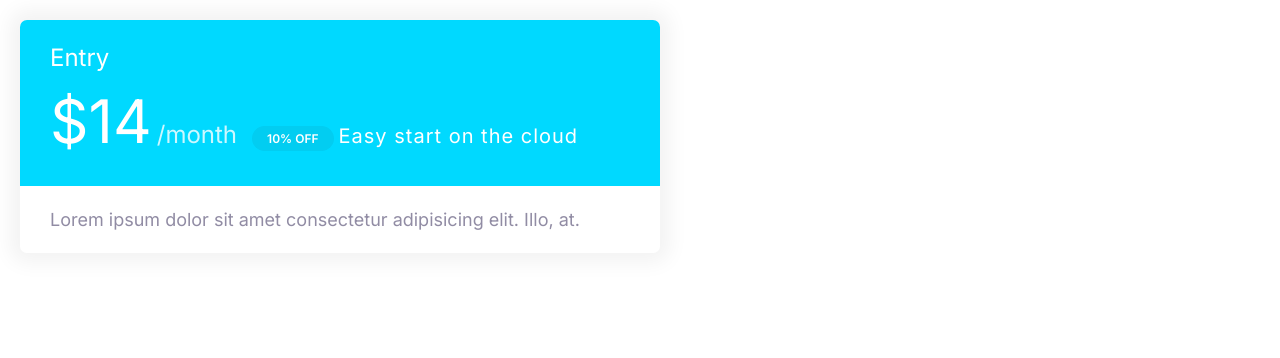
Repository: Qiwenweiii/CodeWithMosh
Page: index.html
An editor plug-in stored every save of this project. The page is shown before and after the next save, followed by the edit.
The browser window is 1280 px wide. The pictures show the whole page.

Above is the page before, as saved 2021-11-11 22:15:39.

After the next save:
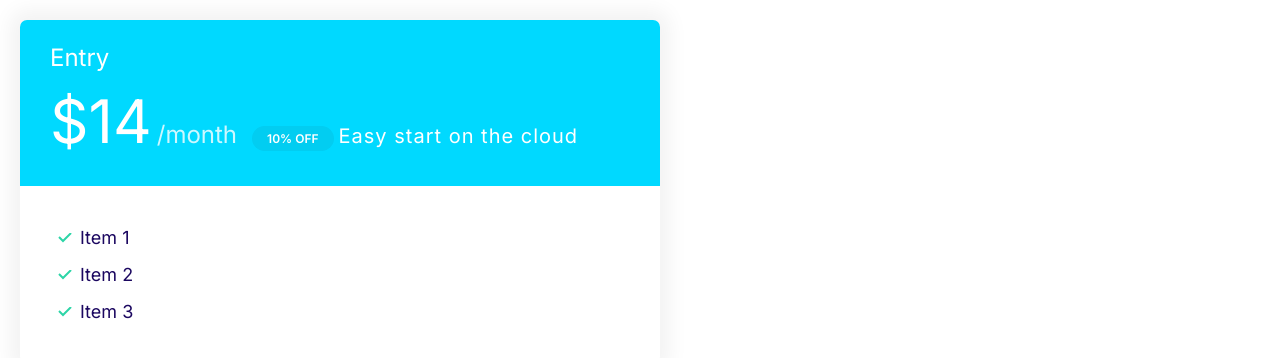
Saved 56 s later.
--- a/index.html
+++ b/index.html
@@ -25,7 +25,11 @@
                     <span class="plan__description">Easy start on the cloud</span>
                 </header>
                 <div class="card__body">
-                    Lorem ipsum dolor sit amet consectetur adipisicing elit. Illo, at.
+                    <ul class="list list--tick">
+                        <li class="list__item">Item 1</li>
+                        <li class="list__item">Item 2</li>
+                        <li class="list__item">Item 3</li>
+                    </ul>
                 </div>
             </div>
         </div>
